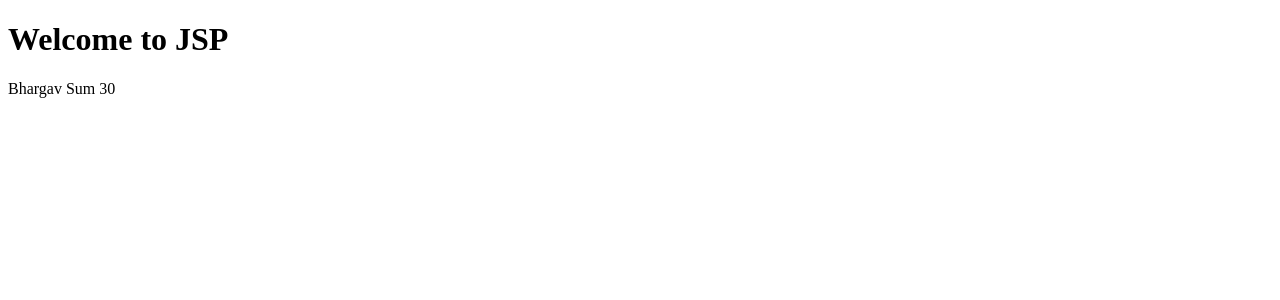
Repository: bigee1397/22-3-2024
Page: http://localhost/JSPDemos/hello.jsp
The author's editor kept a copy of each file at every save. The page is drawn from the files as they stood at one save, then again after the next save.
The browser window is 1280 px wide. The pictures show the whole page.
The page is served by Tomcat 9.

Above is the page before, as saved 2024-03-14 11:19:55.

After the next save:
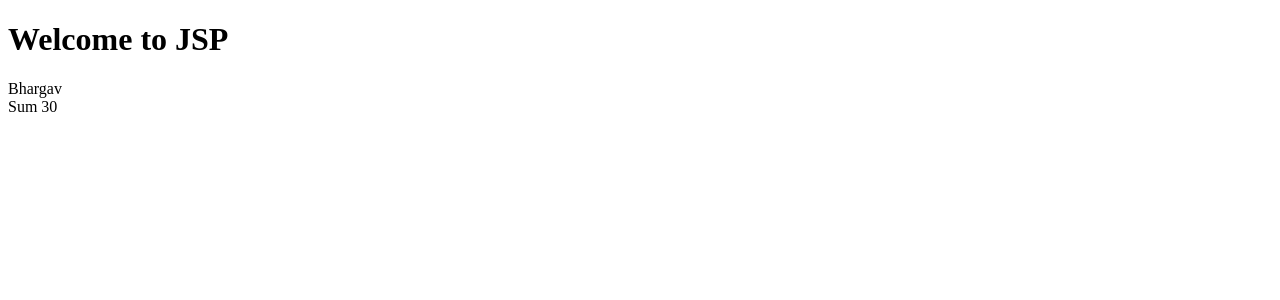
Saved 23 s later.
--- a/jspandservlets/JSPDemos/src/main/webapp/hello.jsp
+++ b/jspandservlets/JSPDemos/src/main/webapp/hello.jsp
@@ -10,7 +10,7 @@
 	<h1>Welcome to JSP</h1>
 	<%
 		String name = "Bhargav";
-		out.println(name);
+		out.println(name + "<br>");
 		%>
 		<% int x=10, y=20; %>
 		<% out.println("Sum " + (x+y)); %>
